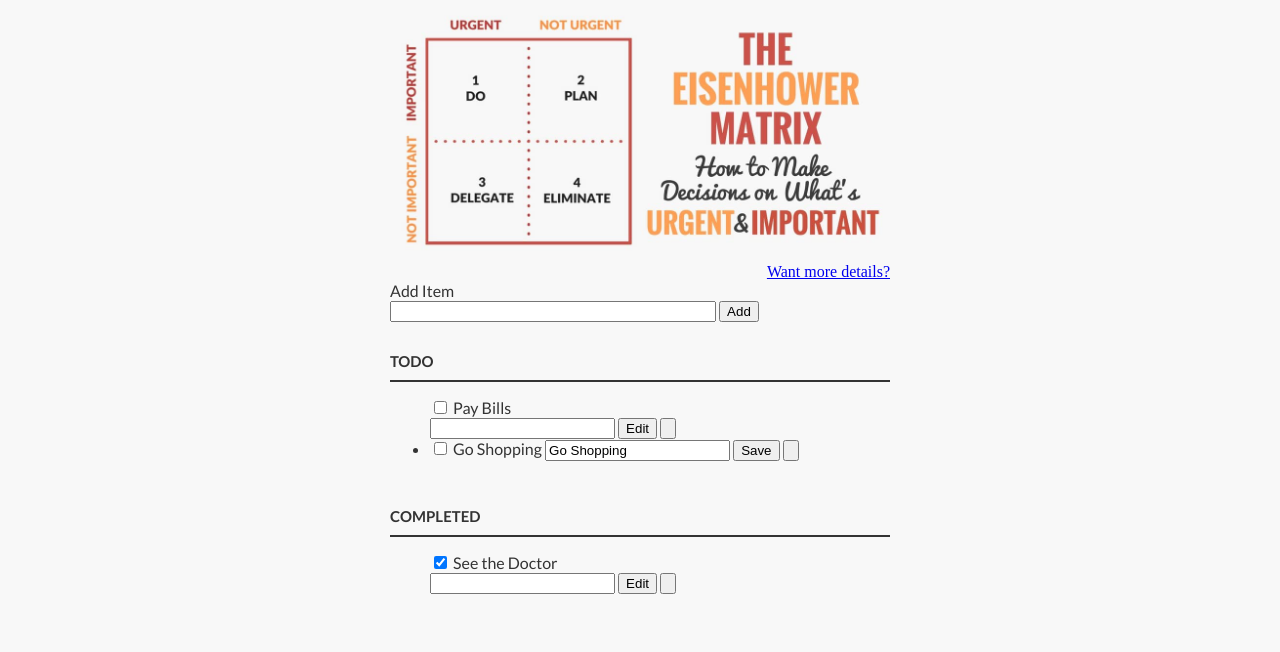
Repository: dev1siWoo/clean-code-s1e1
Page: index.html
These files come from the project's save history. The page is drawn as it stood at one moment and after the next save; the edit follows.
The browser window is 1280 px wide. The pictures show the whole page.

Above is the page before, as saved 2024-01-08 23:27:12.
Console error: TypeError: Cannot set properties of null (setting 'onchange')

### index.html
<!DOCTYPE html>
<html>
    <head>
        <title>Todo App</title>
        <link
            href="https://fonts.googleapis.com/css?family=Lato:300,400,700"
            rel="stylesheet"
        >
        <link
            rel="stylesheet"
            href="style.css"
            media="screen"
            charset="utf-8"
        >
    </head>
    <body class="page">
        <header class="header">
            <img class="header__logo" src="./eisenhower-matrix.jpg" alt="eisenhower-matrix">
            <a class="header__info" href="https://goal-life.com/page/method/matrix-eisenhower">Want more details?</a>
        </header>
        <main class="main">
            <section id="adding-section">
                <label class="add-section" for="new-task">Add Item</label>
                <div class="add-section-wrapper">
                    <input id="new-task" class="input_add" type="text">
                    <button class="button_add">Add</button>
                </div>
            </section>
            <h2 class="subtitle">Todo</h2>
            <ul id="incomplete-tasks" class="task-list">
                <li class="task">
                    <input class="mark" type="checkbox">
                    <label class="title">Pay Bills</label>
                    <input type="text" class="input_edit">
                    <button class="button_edit">Edit</button>
                    <button class="button_delete">
                        <img class="button_img" src="./remove.svg" alt="delete button">
                    </button>
                </li>
                <li class="edit">
                    <input class="mark" type="checkbox">
                    <label class="title">Go Shopping</label>
                    <input type="text" value="Go Shopping" class="input_edit">
                    <button class="button_edit">Save</button>
                    <button class="button_delete">
                        <img class="button_img" src="./remove.svg" alt="delete button">
                    </button>
                </li>
            </ul>
            <h2 class="subtitle">Completed</h2>
            <ul id="completed-tasks" class="task-list">
                <li class="task">
                    <input class=mark" type="checkbox" checked>
                    <label class="title">See the Doctor</label>
                    <input type="text" class="input_edit">
                    <button class="button_edit">Edit</button>
                    <button class="button_delete">
                        <img class="button_img" src="./remove.svg" alt="delete button">
                    </button>
                </li>
            </ul>
        </main>
        <script src="app.js"></script>
    </body>
</html>

### style.css
/* Basic Style */
.page {
  background-color: #f8f8f8;
  color: #333;
  font-family: Lato, sans-serif;
}

.header {
  width: 500px;
  margin: 0 auto;
  display: block;
  text-align: right;
}

.header__logo {
  width: 100%;
}

.header__info {
  font-family: fantasy, cursive;
}

@media (max-width: 768px) {
  .header {
    text-align: center;
  }
}

.main {
  display: block;
  width: 500px;
  margin: 0 auto 0;
}

.task {
  width: 56%;
  display: inline-block;
  flex-grow: 1;
}

.adding-wrapper {
  display: flex;
}

.list {
  margin: 0;
  padding: 0px;
}

.list-item,
.subtitle {
  list-style: none;
}

.input,
.button{
  outline: none;
}

.button {
  background: none;
  border: 0px;
  color: #888;
  font-size: 15px;
  width: 60px;
  font-family: Lato, sans-serif;
  cursor: pointer;
}

.button:hover {
  color: #3a3a3a;
}

/* Heading */
.subtitle,
.label[for="new-task"] {
  color: #333;
  font-weight: 700;
  font-size: 15px;
  border-bottom: 2px solid #333;
  padding: 30px 0 10px;
  margin: 0;
  text-transform: uppercase;
}

.input[type="text"] {
  margin: 0;
  font-size: 18px;
  line-height: 18px;
  height: 21px;
  padding: 0 9px;
  border: 1px solid #ddd;
  background: #fff;
  border-radius: 6px;
  font-family: Lato, sans-serif;
  color: #888;
}

.input[type="text"]:focus {
  color: #333;
}

/* New Task */
.label[for="new-task"] {
  display: block;
  margin: 0 0 20px;
}

#new-task {
  width: 318px;
}

/* Task list */
.list-item {
  overflow: hidden;
  padding: 20px 0;
  border-bottom: 1px solid #eee;
  display: flex;
  justify-content: space-between;
  align-items: center;
}

.list-item > * {
  vertical-align: middle;
}

.list-item > .input[type="checkbox"] {
  margin: 0 10px;
}

.list-item > .label {
  padding-left: 10px;
  box-sizing: border-box;
  font-size: 18px;
  width: 226px;
}

.list-item >    .input[type="text"] {
  width: 226px;
}

.delete-img {
  height: 2em;
  transform: rotateZ(45deg);
  transition: transform 200ms ease-in;
}

.delete-img:hover {
  transform: rotateZ(0);
}

/* Completed */
#completed-tasks .label {
  text-decoration: line-through;
  color: #888;
}

/* Edit Task */
.list-item .input[type="text"] {
  display: none;
}

.list-item.edit-mode .input[type="text"] {
  display: inline-block;
  width: 224px;
}

.list-item.edit-mode .label {
  display: none;
}

### app.js
//Document is the DOM can be accessed in the console with document.window.
// Tree is from the top, html, body, p etc.

//Problem: User interaction does not provide the correct results.
//Solution: Add interactivity so the user can manage daily tasks.
//Break things down into smaller steps and take each step at a time.


// Event handling, user interaction is what starts the code execution.

var taskInput=document.getElementById("new-task");//Add a new task.
var addButton=document.querySelector(".button_add");//add button
var incompleteTaskHolder=document.getElementById("incomplete-tasks");//ul of #incomplete-tasks
var completedTasksHolder=document.getElementById("completed-tasks");//completed-tasks


//New task list item
var createNewTaskElement=function(taskString){

    var listItem=document.createElement("li");

    //input (checkbox)
    var checkBox=document.createElement("input");//checkbx
    //label
    var label=document.createElement("label");//label
    //input (text)
    var editInput=document.createElement("input");//text
    //button.edit
    var editButton=document.createElement("button");//edit button

    //button.delete
    var deleteButton=document.createElement("button");//delete button
    var deleteButtonImg=document.createElement("img");//delete button image

    listItem.className="task"

    label.innerText=taskString;
    label.className="title";

    //Each elements, needs appending
    checkBox.type="checkbox";
    checkBox.className="mark";
    editInput.type="text";
    editInput.className="input_edit";

    editButton.innerText="Edit"; //innerText encodes special characters, HTML does not.
    editButton.className="button_edit";

    deleteButton.className="button_delete";
    deleteButtonImg.src='./remove.svg';
    deleteButtonImg.className="button_img";
    deleteButtonImg.setAttribute('alt', 'delete button');
    deleteButton.appendChild(deleteButtonImg);


    //and appending.
    listItem.appendChild(checkBox);
    listItem.appendChild(label);
    listItem.appendChild(editInput);
    listItem.appendChild(editButton);
    listItem.appendChild(deleteButton);
    return listItem;
}



var addTask=function(){
    console.log("Add Task...");
    //Create a new list item with the text from the #new-task:
    if (!taskInput.value) return;
    var listItem=createNewTaskElement(taskInput.value);

    //Append listItem to incompleteTaskHolder
    incompleteTaskHolder.appendChild(listItem);
    bindTaskEvents(listItem, taskCompleted);

    taskInput.value="";

}

//Edit an existing task.

var editTask=function(){
    console.log("Edit Task...");
    console.log("Change 'edit' to 'save'");


    var listItem=this.parentNode;

    var editInput=listItem.querySelector('.input_edit');
    var label=listItem.querySelector(".title");
    var editBtn=listItem.querySelector(".button_edit");
    var containsClass=listItem.classList.contains("edit");
    //If class of the parent is .edit
    if(containsClass){

        //switch to .edit
        //label becomes the inputs value.
        label.innerText=editInput.value;
        editBtn.innerText="Edit";
    }else{
        editInput.value=label.innerText;
        editBtn.innerText="Save";
    }

    //toggle .edit on the parent.
    listItem.classList.toggle("edit");
};


//Delete task.
var deleteTask=function(){
    console.log("Delete Task...");

    var listItem=this.parentNode;
    var ul=listItem.parentNode;
    //Remove the parent list item from the ul.
    ul.removeChild(listItem);

}


//Mark task completed
var taskCompleted=function(){
    console.log("Complete Task...");

    //Append the task list item to the #completed-tasks
    var listItem=this.parentNode;
    completedTasksHolder.appendChild(listItem);
    bindTaskEvents(listItem, taskIncomplete);

}


var taskIncomplete=function(){
    console.log("Incomplete Task...");
//Mark task as incomplete.
    //When the checkbox is unchecked
    //Append the task list item to the #incomplete-tasks.
    var listItem=this.parentNode;
    incompleteTaskHolder.appendChild(listItem);
    bindTaskEvents(listItem,taskCompleted);
}



var ajaxRequest=function(){
    console.log("AJAX Request");
}

//The glue to hold it all together.


//Set the click handler to the addTask function.
addButton.onclick=addTask;
addButton.addEventListener("click",addTask);
addButton.addEventListener("click",ajaxRequest);


var bindTaskEvents=function(taskListItem,checkBoxEventHandler){
    console.log("bind list item events");
//select ListItems children
    var checkBox=taskListItem.querySelector(".mark");
    var editButton=taskListItem.querySelector(".button_edit");
    var deleteButton=taskListItem.querySelector(".button_delete");


    //Bind editTask to edit button.
    editButton.onclick=editTask;
    //Bind deleteTask to delete button.
    deleteButton.onclick=deleteTask;
    //Bind taskCompleted to checkBoxEventHandler.
    checkBox.onchange=checkBoxEventHandler;
}

//cycle over incompleteTaskHolder ul list items
//for each list item
for (var i=0; i<incompleteTaskHolder.children.length;i++){

    //bind events to list items chldren(tasksCompleted)
    bindTaskEvents(incompleteTaskHolder.children[i],taskCompleted);
}




//cycle over completedTasksHolder ul list items
for (var i=0; i<completedTasksHolder.children.length;i++){
    //bind events to list items chldren(tasksIncompleted)
    bindTaskEvents(completedTasksHolder.children[i],taskIncomplete);
}




// Issues with usability don't get seen until they are in front of a human tester.

//prevent creation of empty tasks.

//Change edit to save when you are in edit mode.

After the next save:
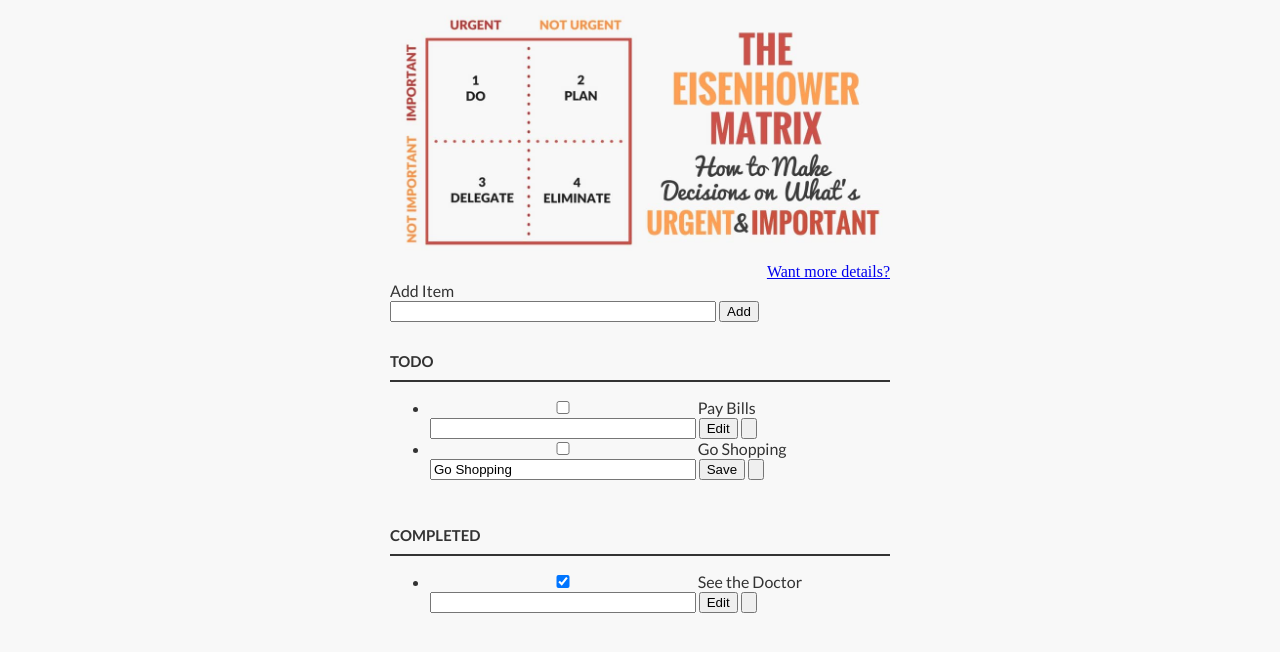
Saved 23 s later.
--- a/style.css
+++ b/style.css
@@ -32,7 +32,8 @@
   margin: 0 auto 0;
 }
 
-.task {
+title,
+input {
   width: 56%;
   display: inline-block;
   flex-grow: 1;
